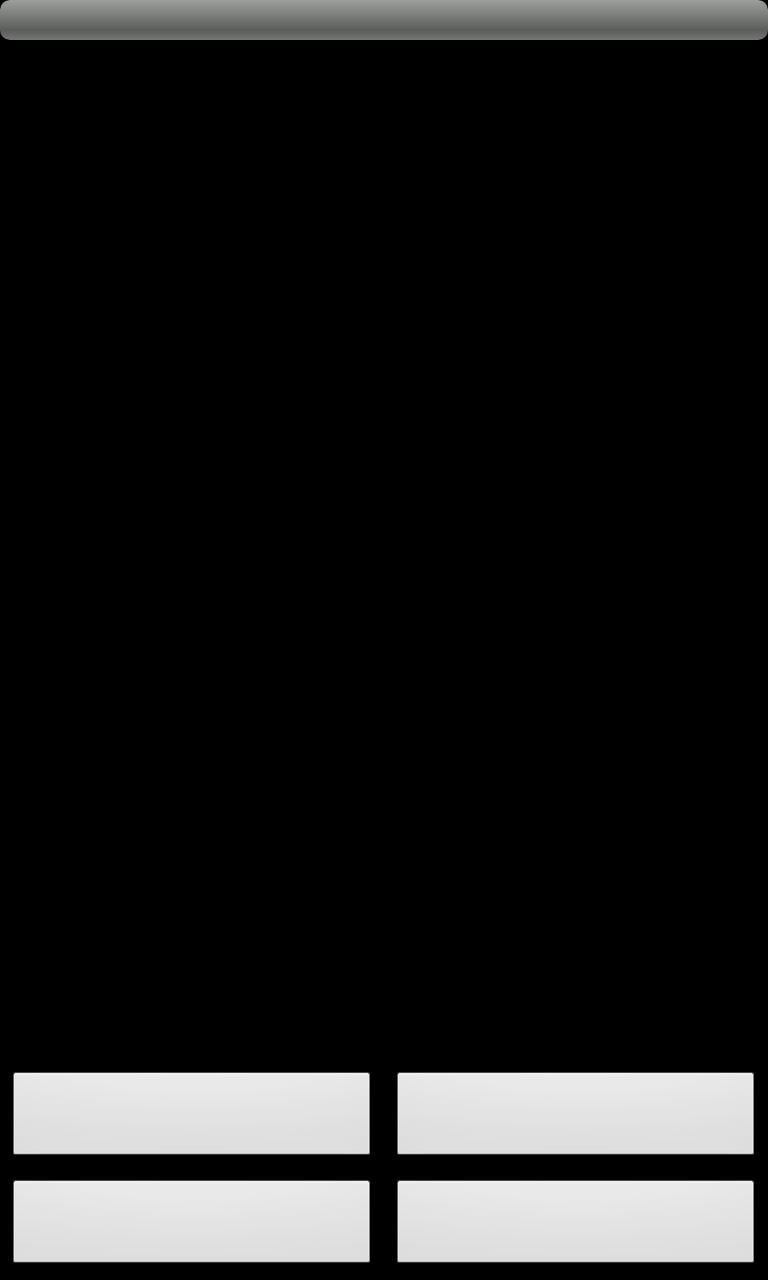
Repository: aster9725/HK-CityU-SummerExchange
Layout: Copy of WordQuiz/res/layout/activity_game.xml
An editor plug-in stored every save of this project. The layout is shown before and after the next save, followed by the edit.
It is drawn on a 768 x 1280 px phone screen (xhdpi) without system bars, with theme android:Theme; the app's code is not run.

Above is the layout before, as saved 2014-07-24 10:14:17.

### Copy of WordQuiz/res/layout/activity_game.xml
<LinearLayout xmlns:android="http://schemas.android.com/apk/res/android"
    android:orientation="vertical"
    android:layout_width="fill_parent"
    android:layout_height="fill_parent" >

    <ProgressBar
        android:id="@+id/timerbar"
        style="?android:attr/progressBarStyleHorizontal"
        android:layout_width="match_parent"
        android:layout_height="wrap_content" />

    <TextView
        android:id="@+id/qusetion"
        android:layout_width="match_parent"
        android:layout_height="500sp"
        android:gravity="center_vertical|center_horizontal"
        android:layout_weight="3"
        android:text=""
        android:textSize="70sp" />

    <LinearLayout
        android:orientation="horizontal"
        android:layout_width="match_parent"
        android:layout_height="wrap_content"
        android:layout_gravity="center_vertical|center_horizontal"
         >

        <ImageButton
            android:id="@+id/btnans1"
            android:layout_width="wrap_content"
            android:layout_height="wrap_content"
            android:layout_gravity="center_vertical|center_horizontal"
            android:layout_margin="3sp"
            android:layout_weight="1"/>

        <ImageButton
            android:id="@+id/btnans2"
            android:layout_width="wrap_content"
            android:layout_height="wrap_content"
            android:layout_gravity="center_vertical|center_horizontal"
            android:layout_margin="3sp"
            android:layout_weight="1"/>

    </LinearLayout>

    <LinearLayout
        android:orientation="horizontal"
        android:layout_width="match_parent"
        android:layout_height="wrap_content"
        android:layout_gravity="center_vertical|center_horizontal"
         >

        <ImageButton
            android:id="@+id/btnans3"
            android:layout_width="wrap_content"
            android:layout_height="wrap_content"
            android:layout_gravity="center_vertical|center_horizontal"
            android:layout_margin="3sp"
            android:layout_weight="1"/>

        <ImageButton
            android:id="@+id/btnans4"
            android:layout_width="wrap_content"
            android:layout_height="wrap_content"
            android:layout_gravity="center_vertical|center_horizontal"
            android:layout_margin="3sp"
            android:layout_weight="1"/>

    </LinearLayout>

</LinearLayout>

After the next save:
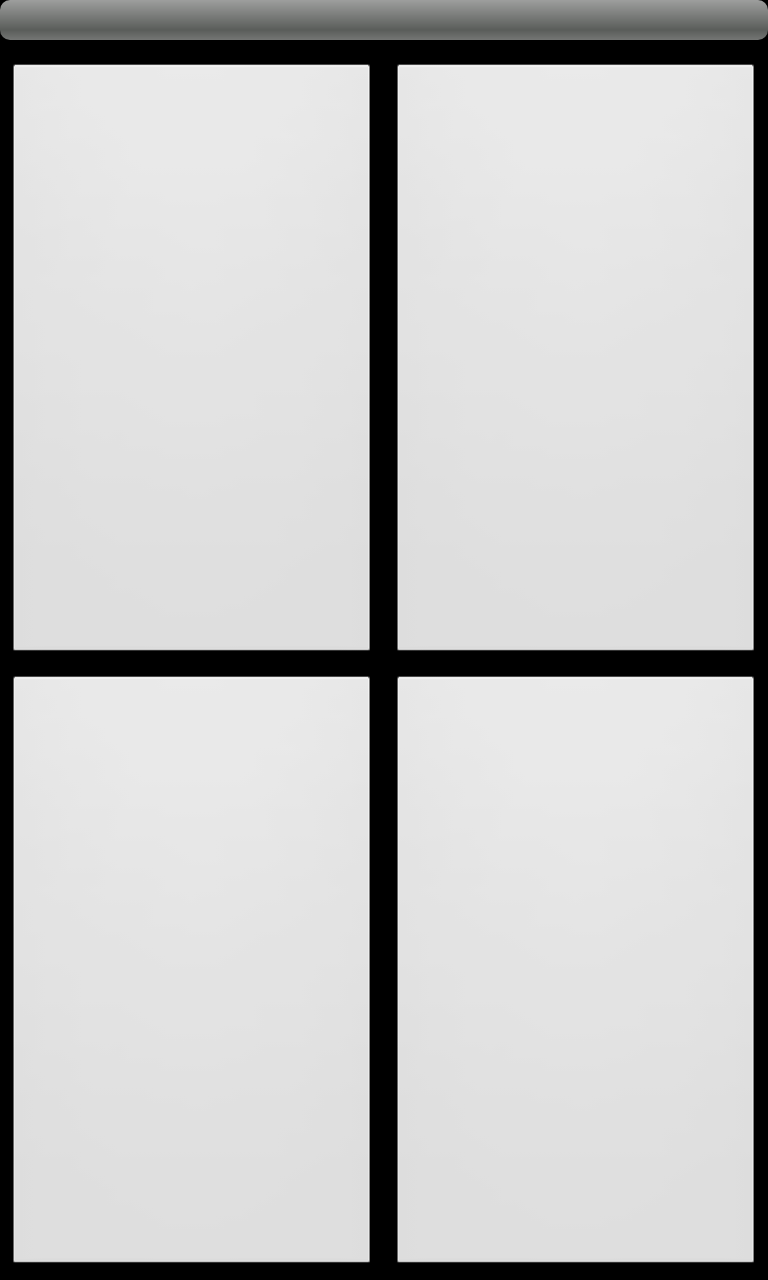
Saved 2 min 59 s later.
--- a/Copy of WordQuiz/res/layout/activity_game.xml
+++ b/Copy of WordQuiz/res/layout/activity_game.xml
@@ -28,7 +28,7 @@
         <ImageButton
             android:id="@+id/btnans1"
             android:layout_width="wrap_content"
-            android:layout_height="wrap_content"
+            android:layout_height="300sp"
             android:layout_gravity="center_vertical|center_horizontal"
             android:layout_margin="3sp"
             android:layout_weight="1"/>
@@ -36,7 +36,7 @@
         <ImageButton
             android:id="@+id/btnans2"
             android:layout_width="wrap_content"
-            android:layout_height="wrap_content"
+            android:layout_height="300sp"
             android:layout_gravity="center_vertical|center_horizontal"
             android:layout_margin="3sp"
             android:layout_weight="1"/>
@@ -53,7 +53,7 @@
         <ImageButton
             android:id="@+id/btnans3"
             android:layout_width="wrap_content"
-            android:layout_height="wrap_content"
+            android:layout_height="300sp"
             android:layout_gravity="center_vertical|center_horizontal"
             android:layout_margin="3sp"
             android:layout_weight="1"/>
@@ -61,7 +61,7 @@
         <ImageButton
             android:id="@+id/btnans4"
             android:layout_width="wrap_content"
-            android:layout_height="wrap_content"
+            android:layout_height="300sp"
             android:layout_gravity="center_vertical|center_horizontal"
             android:layout_margin="3sp"
             android:layout_weight="1"/>
